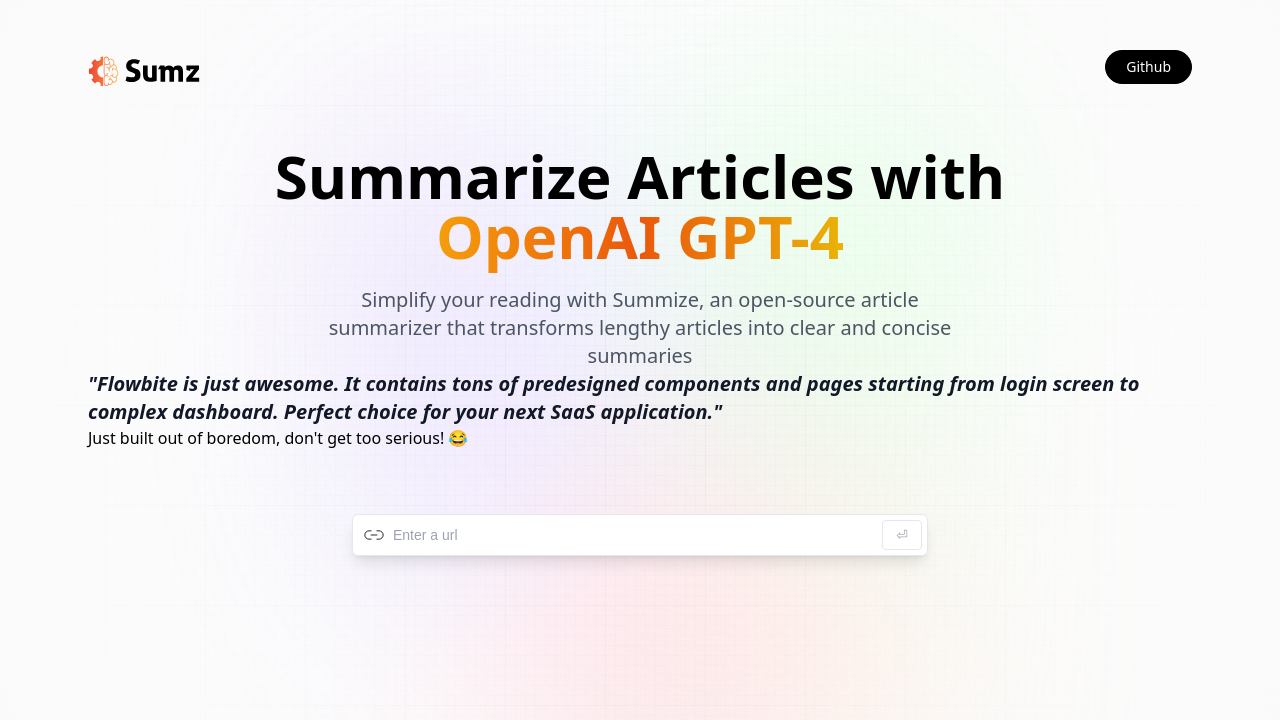
Repository: specialobyno/chatgpt-4
Page: /
An editor plug-in stored every save of this project. The page is shown before and after the next save, followed by the edit.
The browser window is 1280 px wide. The pictures show the whole page.
The page's requests for data from a server got no answer. An inner scrolling area shows only its first screen. Some web fonts or font styles are not loaded; a fallback is used. The project was rebuilt for these pictures with package versions that can differ from the ones it lists, and the page was loaded fresh each time. No one was signed in, and anything a server would have sent is missing. Also part of the build but not shown: vite.config.ts.

Above is the page before, as saved 2023-04-24 03:07:44.

### index.html
<!DOCTYPE html>
<html lang="en">
  <head>
    <meta charset="UTF-8" />
    <link rel="icon" type="image/svg+xml" href="/favicon.ico" />
    <meta name="viewport" content="width=device-width, initial-scale=1.0" />
    <link
      href="https://api.fontshare.com/v2/css?f[]=satoshi@1,900,700,500,300,400&display=swap"
      rel="stylesheet"
    />
    <link rel="preconnect" href="https://fonts.googleapis.com" />
    <link rel="preconnect" href="https://fonts.gstatic.com" crossorigin />
    <link
      href="https://fonts.googleapis.com/css2?family=Inter:wght@100;200;300;400;500;600;700;800;900&display=swap"
      rel="stylesheet"
    />
    <title>OpenAI Article Summarizer</title>
  </head>
  <body>
    <div id="root"></div>
    <script type="module" src="/src/main.tsx"></script>
  </body>
</html>

### src/main.tsx
import React from 'react'
import ReactDOM from 'react-dom/client'
import { Provider } from "react-redux"
import App from './App.tsx'
import store from './services/store.ts'



ReactDOM.createRoot(document.getElementById('root') as HTMLElement).render(
  <React.StrictMode>
    <Provider store={store} >
       <App />
    </Provider>

  </React.StrictMode>,
)

### src/App.tsx


import Demo from './components/Demo'
import Hero from './components/Hero'

import './App.css'
const App = () => {

  return (
    <main>
        <div className='main'>
            <div className="gradient" />
            <div className="app">
                <Hero />
                <Demo />
            </div>
        </div>
    </main>
  )
}

export default App

### src/services/store.ts
import { configureStore } from "@reduxjs/toolkit";
import { articleApi } from "./article";

const store = configureStore({
    reducer: {
        [articleApi.reducerPath] : articleApi.reducer
    },
    middleware: (getDefaultMiddleware) => getDefaultMiddleware().concat(articleApi.middleware)
})
export type RootState = ReturnType<typeof store.getState>
export default store

### src/components/Demo.tsx
import { FormEvent, useEffect, useState } from "react"
import copy from "../assets/copy.svg"
import linkIcon from "../assets/link.svg"
import loader from "../assets/loader.svg"
import tick from "../assets/tick.svg"
import { useLazyGetSummaryQuery } from "../services/article"

const Demo = () => {
  const [article, setArticle] = useState<{
    url: string
    summary: string
  }>({
    url: "",
    summary: "",
  })
  const [getSummary, {error, isFetching}] = useLazyGetSummaryQuery()
  const [allArticles, setAllArticles] = useState<{ summary: any; url: string; }[]>([])
  useEffect(()=> {
    const unParsedArticlesFromLocalStorage = localStorage.getItem('articles')
    const articlesFromLocalStorage = unParsedArticlesFromLocalStorage ? JSON.parse(unParsedArticlesFromLocalStorage) : []
    setAllArticles(articlesFromLocalStorage)
  }, [])
  const [copied1, setCopied1] = useState("")
  const [copied2, setCopied2] = useState("")
  const handleSubmit = async (e: FormEvent<HTMLFormElement>) => {
    e.preventDefault()
    const { data } = await getSummary({articleUrl: article.url})
    if(data?.summary){
      const newArticle = {...article, summary: data.summary}
      const updatedAllArticles = [newArticle, ...allArticles]
      setArticle(newArticle)
      setAllArticles(updatedAllArticles)
      localStorage.setItem('articles', JSON.stringify(updatedAllArticles))
    }
  }
  const handleCopy = (text: string, setFunc: (arg0: string) => any) => {
    navigator.clipboard.writeText(text)
    setFunc(text)
    setTimeout(() => setFunc(''), 3000)
  }
  return (
    <section className="mt-16 w-full max-w-xl">
      <div className="flex flex-col w-full gap-2">
        <form onSubmit={handleSubmit} className="relative flex justify-center items-center">
          <img src={linkIcon} alt="link" className="absolute left-0 my-2 ml-3 w-5" />
          <input
            type="url"
            placeholder="Enter a url"
            value={article.url}
            onChange={(e) => setArticle({ ...article, url: e.target.value })}
            required
            className="url_input peer text-green-900"
          />
          <button type="submit" className="submit_btn peer-focus:border-gray-700 peer-focus:text-gray-700">
            ⏎
          </button>
        </form>
        <div className="flex flex-col gap-1 max-h-60 overflow-y-auto">
          {allArticles.map((item, index) =>(
            <div
            key={`link-${index}`}
            className="link_card"
            >
              <div className="copy_btn" onClick={() => handleCopy(item.url, setCopied1)}>
                <img src={copied1 === item.url ? tick : copy} alt="copy_icon" className="w-[40%] h-[40%] object-contain " />
              </div>
              <p
              onClick={() => setArticle(item)}
              className="flex-1 font-satoshi text-blue-700 font-medium text-sm truncate">
                {item.url}
              </p>
            </div>
          ))}
        </div>
      </div>
      <div className="my-10 max-w-full flex justify-center">
            {isFetching ? (
              <img src={loader} alt="loader" className="w-20 h-20 object-contain" />
            ) : (
              error ? (
                <p className="font-inter font-bold text-black text-center">
                  Ops! That wasn't supposed to happen
                  <br />
                  <span className="font-satoshi font-normal text-gray-700">
                    {(error as any).data.message}
                  </span>
                </p>
              ) : (
                article.summary && (
                  <div className="flex flex-col gap3">
                    <h2 className="font-satoshi font-bold text-gray-600 text-xl">
                      Article <span className="blue_gradient">Summary</span>
                    </h2>
                    <div className="summary_box">
                      <p className="text-justify font-inter font-medium text-sm text-gray-700">{article.summary}</p>
                    </div>
                    <div className="flex  justify-end p-2 w-full" >
                      <button
                      disabled={copied2 === article.summary}
                      type="button"
                      className="bg-gradient-to-r from-orange-400 via-red-500 to-pink-500 hover:from-pink-500 hover:to-yellow-500 text-white text-sm font-bold py-2 px-4 rounded-full"
                      onClick={()=> handleCopy(article.summary, setCopied2)}
                      >
                        {copied2 === article.summary ? (
                          <small>Copied</small>
                        ): (
                          <small>Copy Summary</small>
                        )}
                      </button>
                    </div>
                  </div>

                )
              )
            ) }
      </div>
    </section>
  )
}

export default Demo

### src/components/Hero.tsx
import logo from "../assets/logo.svg"

const Hero = () => {
  return (
    <header className="w-full flex justify-center items-center flex-col">
      <nav className="flex justify-between items-center w-full mb-10 pt-3">
        <img src={logo} alt="Logo" className="w-28 object-contain" />
        <button
        type="button"
        onClick={() => window.open("https://github.com/specialobyno")}
        className="black_btn"
        >
            Github
        </button>
      </nav>
      <h1 className="head_text">
        Summarize Articles with <br className="max-md:hidden" />
        <span className="orange_gradient">OpenAI GPT-4</span>
      </h1>
      <h2 className="desc">
        Simplify your reading with Summize, an open-source article summarizer that transforms lengthy articles into clear and concise summaries
      </h2>

      <h3>
      <blockquote class="text-xl italic font-semibold text-gray-900 dark:text-white">
    <p>"Flowbite is just awesome. It contains tons of predesigned components and pages starting from login screen to complex dashboard. Perfect choice for your next SaaS application."</p>
</blockquote>
        Just built out of boredom, don't get too serious! 😂
        <br />
        <p></p>
      </h3>
    </header>
  )
}

export default Hero

### src/App.css
@tailwind base;
@tailwind components;
@tailwind utilities;

/*
  Note: The styles for this gradient grid background is heavily inspired by the creator of this amazing site (https://dub.sh) – all credits go to them!
*/

.main {
  width: 100vw;
  min-height: 100vh;
  height: 100%;
  position: fixed;
  display: flex;
  justify-content: center;
  padding: 120px 24px 160px 24px;
  overflow-y: auto !important;
  /* pointer-events: none; */
}

.main:before {
  background: radial-gradient(circle, rgba(2, 0, 36, 0) 0, #fafafa 100%);
  position: absolute;
  content: "";
  z-index: 2;
  width: 100%;
  height: 100%;
  top: 0;
}

.main:after {
  content: "";
  background-image: url("/src/assets/grid.svg");
  z-index: 1;
  position: absolute;
  width: 100%;
  height: 100%;
  top: 0;
  opacity: 0.4;
  filter: invert(1);
}

.gradient {
  height: fit-content;
  z-index: 3;
  width: 100%;
  max-width: 640px;
  background-image: radial-gradient(
      at 27% 37%,
      hsla(215, 98%, 61%, 1) 0px,
      transparent 0%
    ),
    radial-gradient(at 97% 21%, hsla(125, 98%, 72%, 1) 0px, transparent 50%),
    radial-gradient(at 52% 99%, hsla(354, 98%, 61%, 1) 0px, transparent 50%),
    radial-gradient(at 10% 29%, hsla(256, 96%, 67%, 1) 0px, transparent 50%),
    radial-gradient(at 97% 96%, hsla(38, 60%, 74%, 1) 0px, transparent 50%),
    radial-gradient(at 33% 50%, hsla(222, 67%, 73%, 1) 0px, transparent 50%),
    radial-gradient(at 79% 53%, hsla(343, 68%, 79%, 1) 0px, transparent 50%);
  position: absolute;
  content: "";
  width: 100%;
  height: 100%;
  filter: blur(100px) saturate(150%);
  top: 80px;
  opacity: 0.15;
}

@media screen and (max-width: 640px) {
  .main {
    padding: 0;
  }
}

/* Tailwind Styles */

.app {
  @apply relative z-10 flex justify-center items-center flex-col max-w-7xl mx-auto sm:px-16 px-6;
}

.black_btn {
  @apply rounded-full border border-black bg-black py-1.5 px-5 text-sm text-white transition-all hover:bg-white hover:text-black;
}

.head_text {
  @apply mt-5 text-5xl font-extrabold leading-[1.15] text-black sm:text-6xl text-center;
}

.orange_gradient {
  @apply bg-gradient-to-r from-amber-500 via-orange-600 to-yellow-500 bg-clip-text text-transparent;
}

.desc {
  @apply mt-5 text-lg text-gray-600 sm:text-xl text-center max-w-2xl;
}

.url_input {
  @apply block w-full rounded-md border border-gray-200 bg-white py-2.5 pl-10 pr-12 text-sm shadow-lg font-satoshi font-medium focus:border-black focus:outline-none focus:ring-0;
}

.submit_btn {
  @apply hover:border-gray-700 hover:text-gray-700 absolute inset-y-0 right-0 my-1.5 mr-1.5 flex w-10 items-center justify-center rounded border border-gray-200 font-sans text-sm font-medium text-gray-400;
}

.link_card {
  @apply p-3 flex justify-start items-center flex-row bg-white border border-gray-200 gap-3 rounded-lg cursor-pointer;
}

.copy_btn {
  @apply w-7 h-7 rounded-full bg-white/10 shadow-[inset_10px_-50px_94px_0_rgb(199,199,199,0.2)] backdrop-blur flex justify-center items-center cursor-pointer;
}

.blue_gradient {
  @apply font-black bg-gradient-to-r from-blue-600 to-cyan-600 bg-clip-text text-transparent;
}

.summary_box {
  @apply rounded-xl border border-gray-200 bg-white/20 shadow-[inset_10px_-50px_94px_0_rgb(199,199,199,0.2)] backdrop-blur p-4;
}

### src/services/article.ts
import { createApi, fetchBaseQuery } from "@reduxjs/toolkit/query/react"

const rapidApiKey = import.meta.env.VITE_RAPID_API_ARTICLE_KEY
export const articleApi = createApi({
    reducerPath: "articleApi",
    baseQuery: fetchBaseQuery({
        baseUrl: 'https://article-extractor-and-summarizer.p.rapidapi.com/',
        prepareHeaders: (headers) => {
            headers.set('content-type', 'application/octet-stream')
            headers.set('X-RapidAPI-Key', rapidApiKey)
            headers.set('X-RapidAPI-Host', 'article-extractor-and-summarizer.p.rapidapi.com')
            return headers
        }
    }),
    endpoints: (builder) => ({
        getSummary: builder.query({
            query: (params) => {
                console.log(params)
                return `/summarize?url=${encodeURIComponent(params.articleUrl)}&length=3`
            }
        })
    })

})

export const {useLazyGetSummaryQuery} = articleApi

Loaded but not shown: tailwind.config.js (common file)

After the next save:
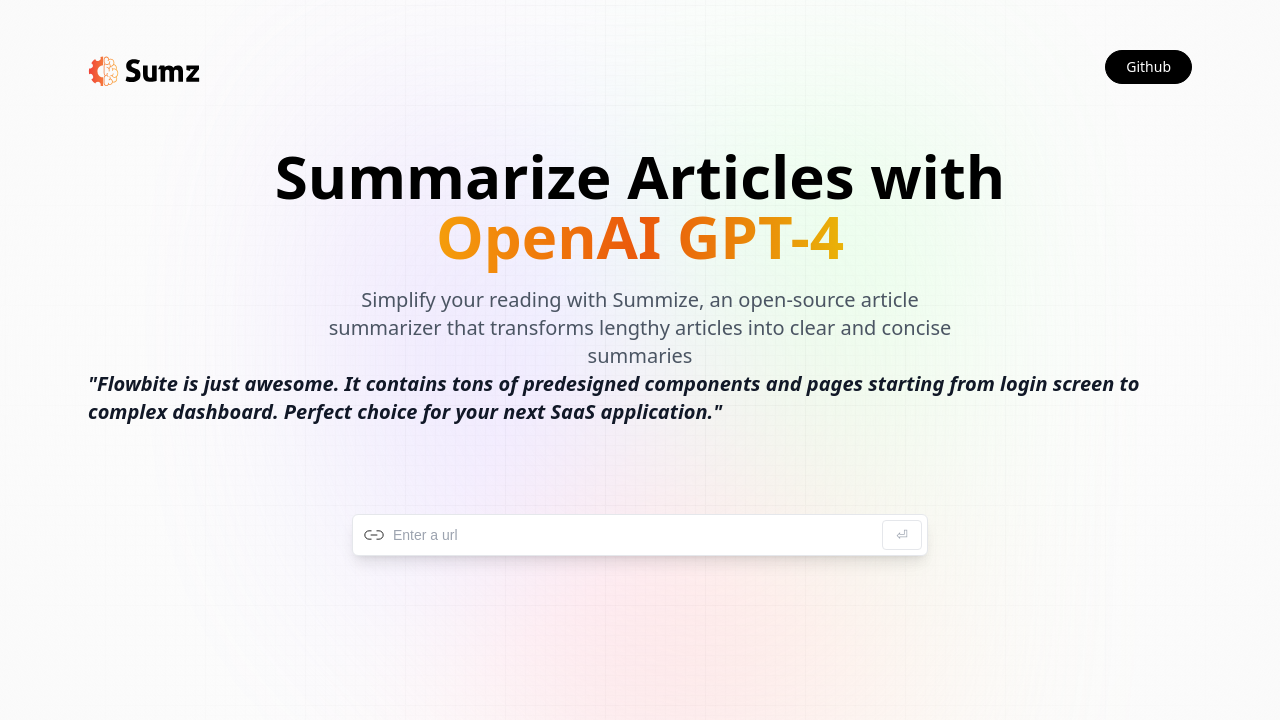
Saved 25 s later.
--- a/src/components/Hero.tsx
+++ b/src/components/Hero.tsx
@@ -25,7 +25,7 @@
       <blockquote class="text-xl italic font-semibold text-gray-900 dark:text-white">
     <p>"Flowbite is just awesome. It contains tons of predesigned components and pages starting from login screen to complex dashboard. Perfect choice for your next SaaS application."</p>
 </blockquote>
-        Just built out of boredom, don't get too serious! 😂
+
         <br />
         <p></p>
       </h3>
